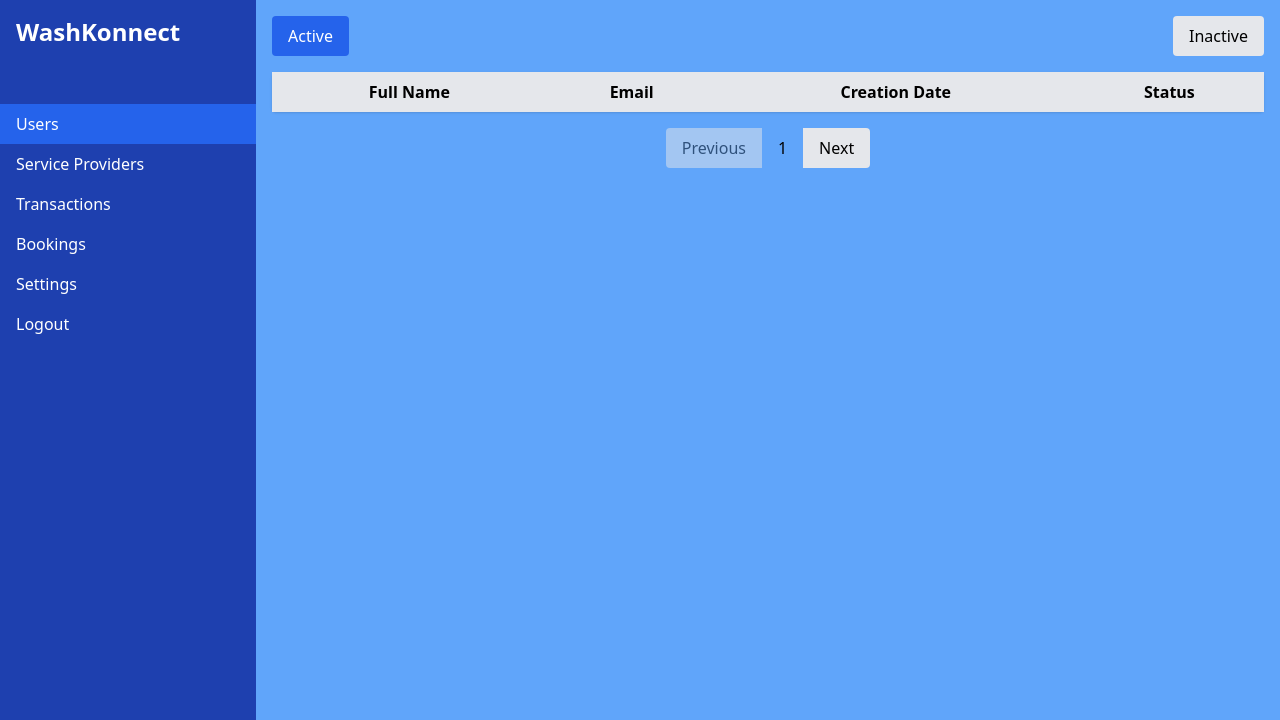
Repository: TEKVOLUTION-LTD/Admin-washKonnect
Page: /dashboard/users (app in Admin-WashKonnect/)
These files come from the project's save history. The page is drawn as it stood at one moment and after the next save; the edit follows.
The browser window is 1280 px wide. The pictures show the whole page.
The page's requests for data from a server got no answer. The project was rebuilt for these pictures with package versions that can differ from the ones it lists, and the page was loaded fresh each time. No one was signed in, and anything a server would have sent is missing. Also part of the build but not shown: Admin-WashKonnect/vite.config.js, Admin-WashKonnect/src/pages/LoginPage.jsx, Admin-WashKonnect/src/pages/ServiceProviderPage.jsx, Admin-WashKonnect/src/pages/TransactionsPage.jsx, Admin-WashKonnect/src/pages/BookingsPage.jsx, Admin-WashKonnect/src/pages/SettingsPage.jsx, Admin-WashKonnect/src/pages/LogoutPage.jsx.

Above is the page before, as saved 2024-11-19 16:36:02.

After the next save:
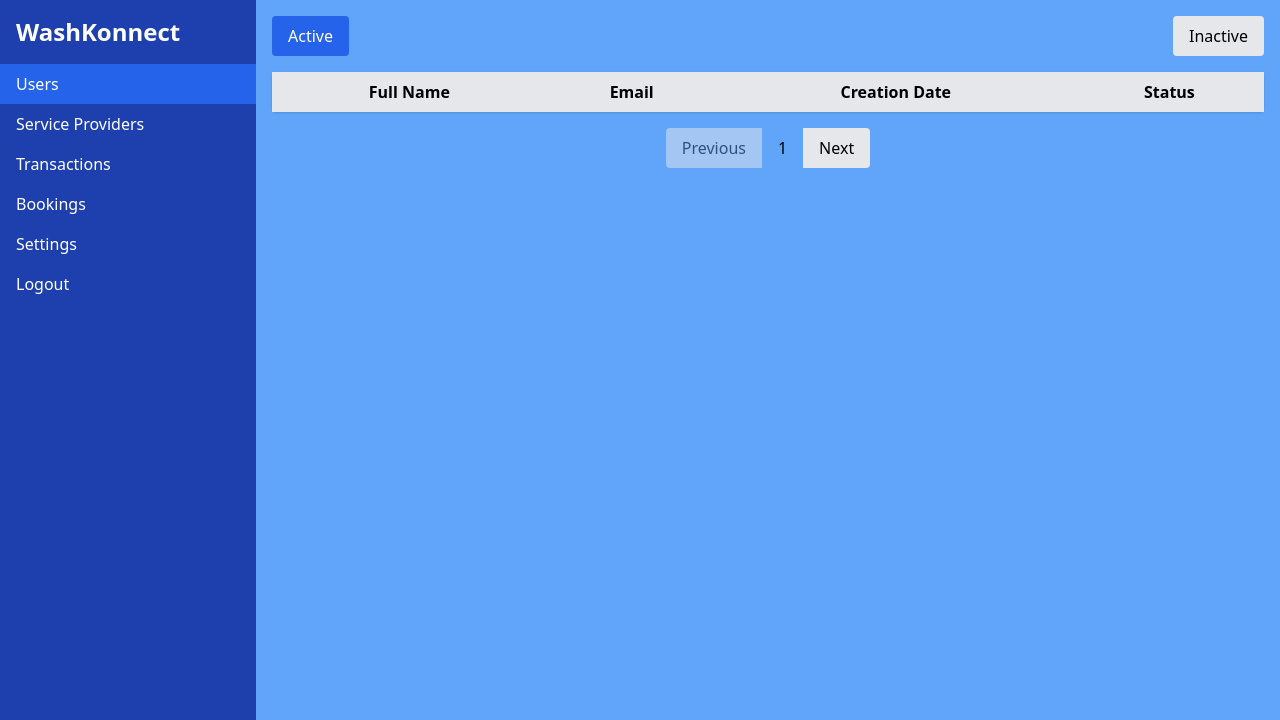
Saved 33 s later.
--- a/Admin-WashKonnect/src/components/Sidebar.jsx
+++ b/Admin-WashKonnect/src/components/Sidebar.jsx
@@ -4,7 +4,7 @@ const Sidebar = () => {
   return (
     <div className="w-64 bg-blue-800 text-white h-full flex flex-col">
       <div className="p-4 text-2xl font-bold">WashKonnect</div>
-      <nav className="flex-1 py-10">
+      <nav className="flex-1">
         {[
           { name: "Users", path: "users" },
           { name: "Service Providers", path: "service-providers" },
